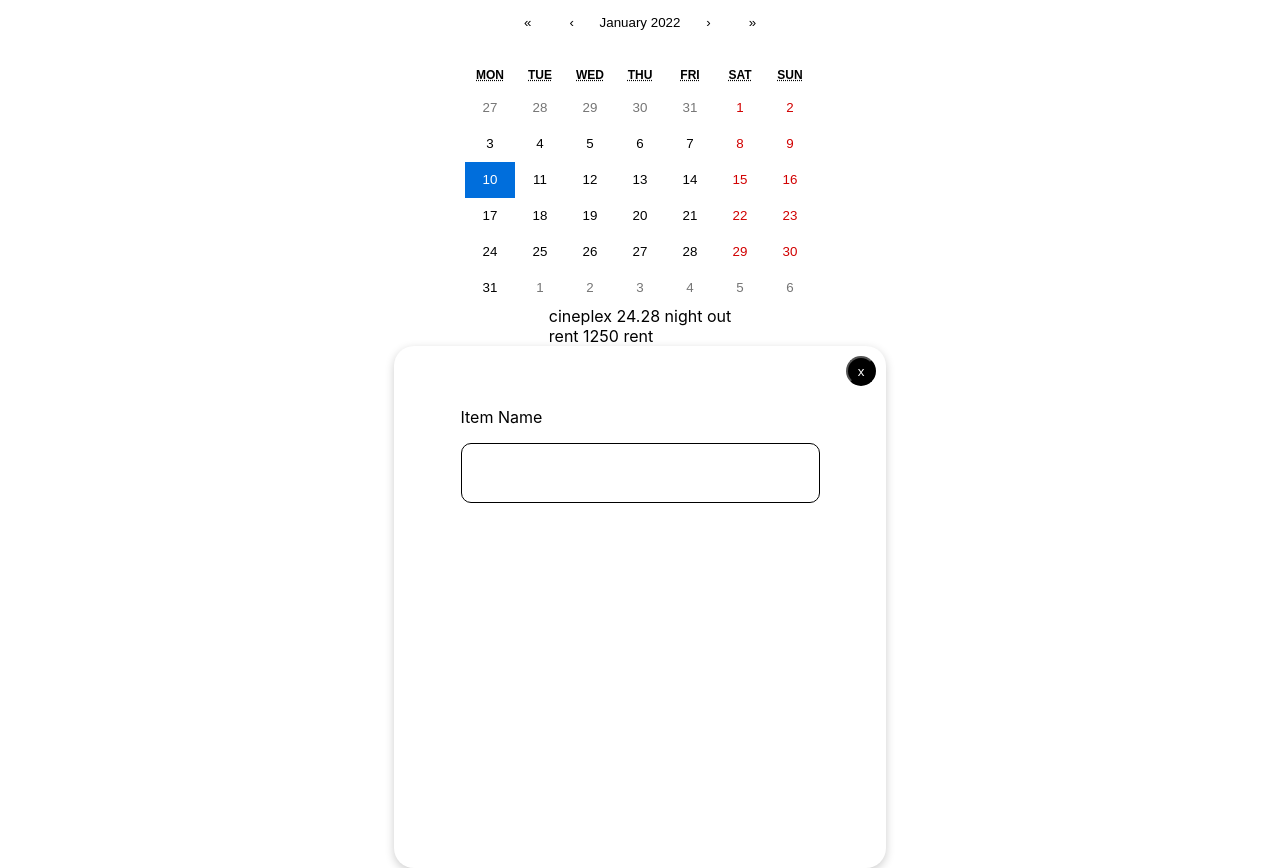
Repository: julianm09/expense-tracker
Page: /
The author's editor kept a copy of each file at every save. The page is drawn from the files as they stood at one save, then again after the next save.
The browser window is 1280 px wide. The pictures show the whole page.
The project was rebuilt for these pictures with package versions that can differ from the ones it lists, and the page was loaded fresh each time. The framework's server and built-in components were replaced by stand-ins that run in the browser. Also part of the build but not shown: next.config.js.

Above is the page before, as saved 2022-01-10 15:02:02.

After the next save:
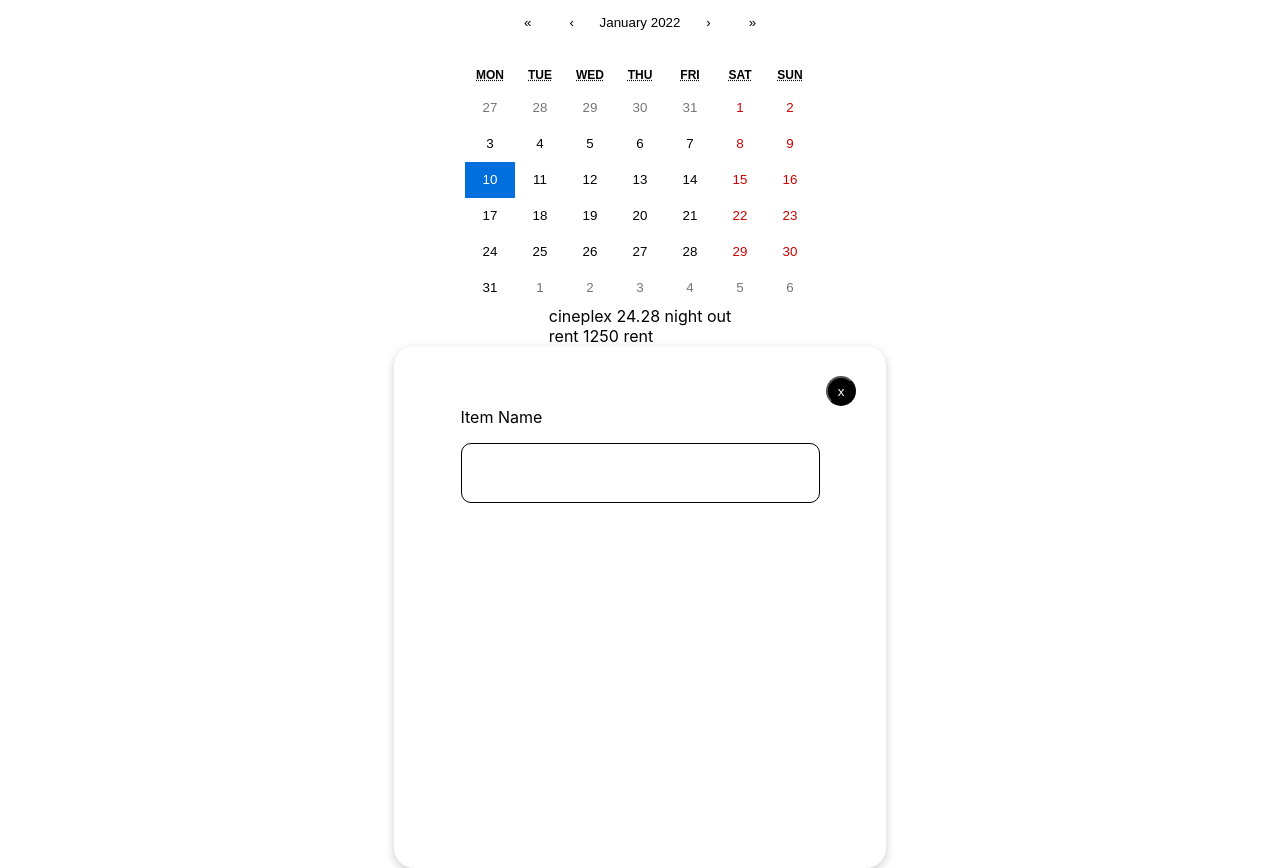
Saved 13 s later.
--- a/comps/popup.js
+++ b/comps/popup.js
@@ -16,8 +16,8 @@ const Cont = styled.div`
 `;
 const XButton = styled.button`
   position: absolute;
-  top: 10px;
-  right: 10px;
+  top: 30px;
+  right: 30px;
   border-radius: 20px;
   background-color: #000;
   width: 30px;
